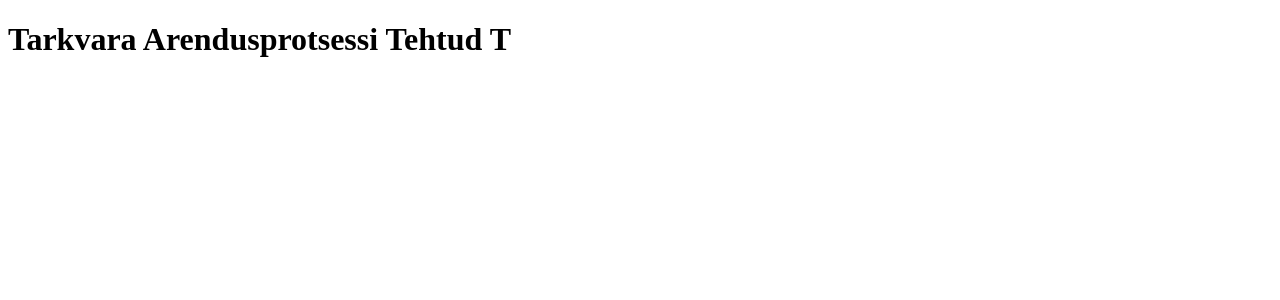
Repository: annemariv/Targe24
Page: index.html
An editor plug-in stored every save of this project. The page is shown before and after the next save, followed by the edit.
The browser window is 1280 px wide. The pictures show the whole page.

Above is the page before, as saved 2024-11-06 18:08:31.

### index.html
<!DOCTYPE html>
<html lang="en">
<head>
    <meta charset="UTF-8">
    <meta name="viewport" content="width=device-width, initial-scale=1.0">
    <title>Minu Tarkvara Arendusprotsessi Ainemapp</title>
</head>
<body>
    <h1>Tarkvara Arendusprotsessi Tehtud T</h1>
</body>
</html>

After the next save:
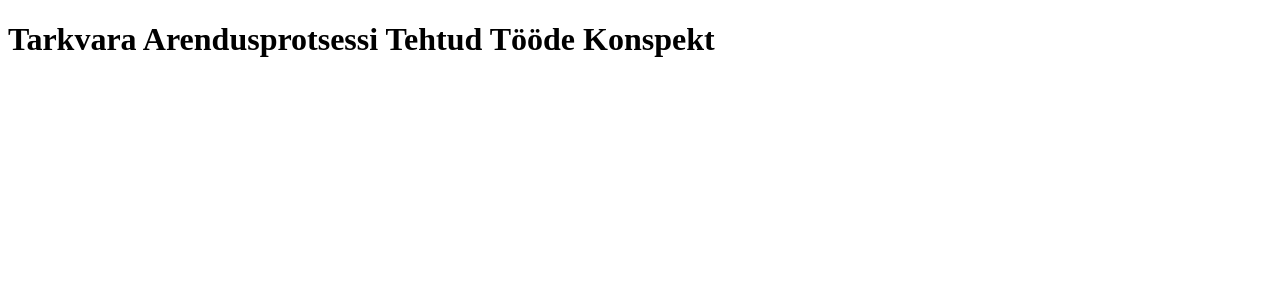
Saved 5 s later.
--- a/index.html
+++ b/index.html
@@ -6,6 +6,6 @@
     <title>Minu Tarkvara Arendusprotsessi Ainemapp</title>
 </head>
 <body>
-    <h1>Tarkvara Arendusprotsessi Tehtud T</h1>
+    <h1>Tarkvara Arendusprotsessi Tehtud Tööde Konspekt</h1>
 </body>
 </html>
